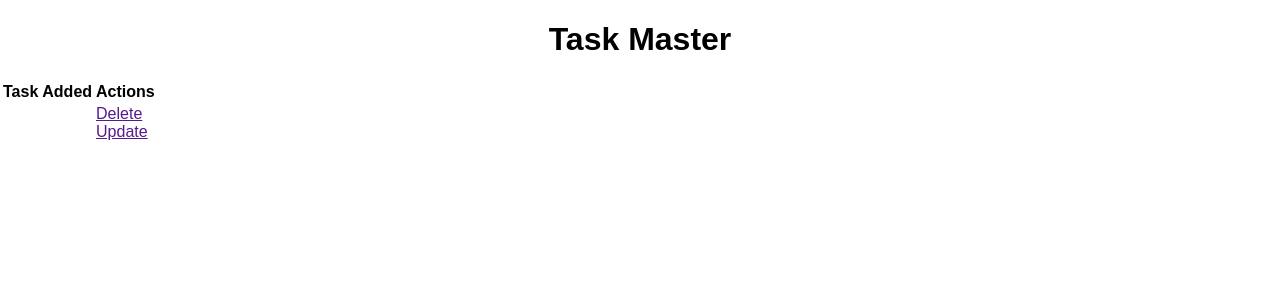
Repository: shaysnutss/FirstFlaskApp
Page: http://localhost/
The author's editor kept a copy of each file at every save. The page is drawn from the files as they stood at one save, then again after the next save.
The browser window is 1280 px wide. The pictures show the whole page.
The page is served by the project's application, run on Flask 3 (app.py).

Above is the page before, as saved 2022-08-25 01:21:29.

### templates/index.html
{% extends 'base.html' %}

{% block head %}

{% endblock %}

{% block body %}
<div class="content">
    <h1 style="text-align: center">Task Master</h1>
    <table>
        <tr>
            <th>Task</th>
            <th>Added</th>
            <th>Actions</th>
        </tr>
        <tr>
            <td></td>
            <td></td>
            <td>
                <a href="">Delete</a>
                <br>
                <a href="">Update</a>
            </td>
        </tr>

    </table>
    <form action="/" method="POST">

    </form>

</div>
{% endblock %}

### templates/base.html
<!DOCTYPE html>
<html lang="en">
<head>
    <meta charset="UTF-8">
    <meta http-equiv="X-UA-Compatible" content="IE=edge">
    <meta name="viewport" content="width=device-width, initial-scale=1.0">
    <link rel="stylesheet" href="{{ url_for('static',filename='css/main.css')}}">
    {% block head %}{% endblock %}
</head>
<body>
    {% block body %}{% endblock %}
</body>
</html>

### app.py
from flask import Flask, render_template, url_for
from flask_sqlalchemy import SQLAlchemy
from datetime import datetime

app = Flask(__name__)

app.config['SQLALCHEMY_DATABASE_URI' ] = 'sqlite:///test.db'
db = SQLAlchemy(app)

class Todo(db.Model):
    id = db.Column(db.Integer, primary_key=True)
    content = db.Column(db.String(200), nullable=False)
    completed = db.Column(db.Integer, default=0)
    date_created = db.Column(db.DateTime, default=datetime.utcnow)

def __repr__(self):
    return '<Task %r> ' % self.id

@app.route('/', methods =['POST', 'GET'])
def index():
    return render_template('index.html')

if __name__ == '__main__':
    app.run(debug=True)

Loaded but not shown: static/css/main.css (common file)

After the next save:
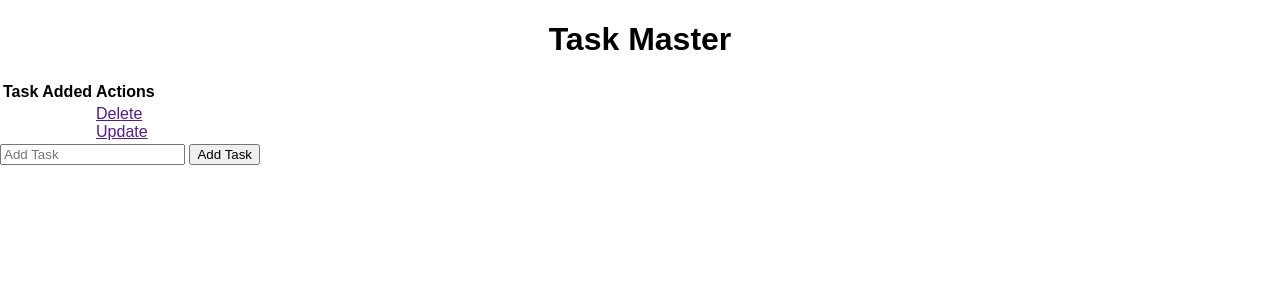
Saved 15 s later.
--- a/templates/index.html
+++ b/templates/index.html
@@ -25,7 +25,8 @@
 
     </table>
     <form action="/" method="POST">
-
+        <input type="text" name="task" placeholder="Add Task">
+        <input type="submit" value="Add Task">
     </form>
 
 </div>
